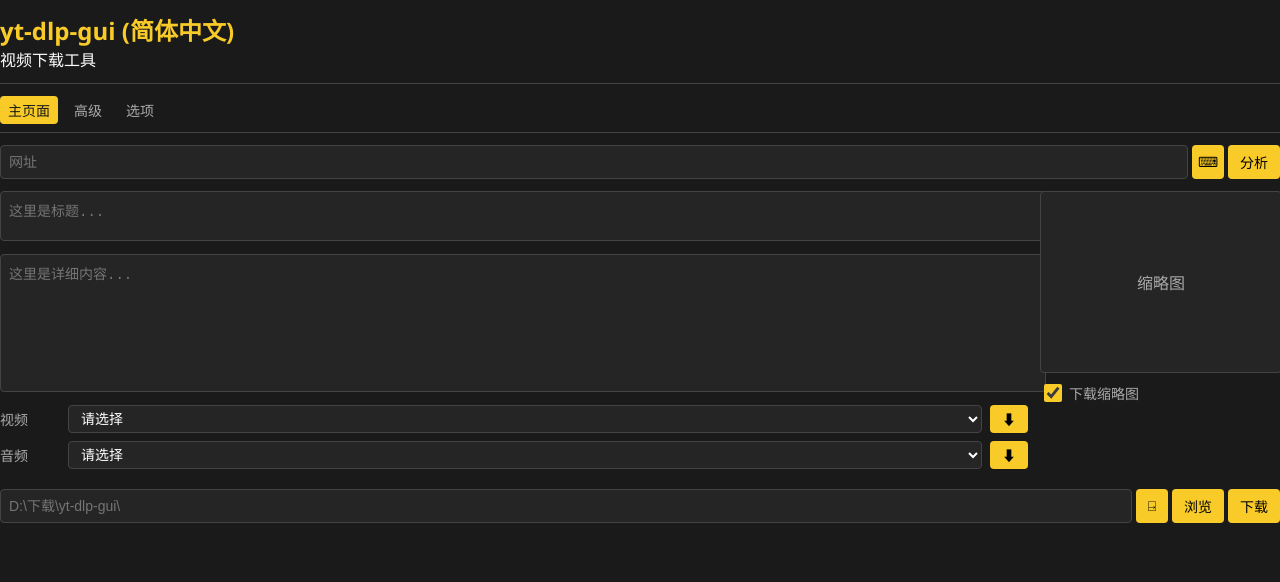
Repository: zArvin6808/yt-TubeSaver
Page: index.html
The author's editor kept a copy of each file at every save. The page is drawn from the files as they stood at one save, then again after the next save.
The browser window is 1280 px wide. The pictures show the whole page.

Above is the page before, as saved 2025-06-07 17:42:47.
Console error: TypeError: Cannot read properties of null (reading 'classList')

### index.html
<!DOCTYPE html>
<html lang="zh-CN">
<head>
  <meta charset="UTF-8" />
  <title>yt-dlp-gui (简体中文)</title>
  <meta name="viewport" content="width=device-width, initial-scale=1.0"/>
  <link rel="stylesheet" href="style.css" />
</head>
<body>

  <!-- 标题栏 -->
  <header class="app-header">
    <h1 class="app-header__title">yt-dlp-gui (简体中文)</h1>
    <span>视频下载工具</span>
  </header>

  <!-- 导航栏 -->
  <nav class="app-nav">
    <a href="#" class="app-nav__item app-nav__item--active" data-page="main">主页面</a>
    <a href="#" class="app-nav__item" data-page="advanced">高级</a>
    <a href="#" class="app-nav__item" data-page="settings">选项</a>
  </nav>

  <!-- 主页面内容 -->
  <main class="app-main">
    <div id="main" class="app-page app-page--active">
    <!-- 网址与按钮 占据整行 -->
    <div class="url-input-group">
      <input type="text" id="urlInput" class="url-input__field" placeholder="网址" />
      <button class="app-btn app-btn--icon" id="pasteButton">⌨</button>
      <button class="app-btn" id="analyzeButton">分析</button>
    </div>

    <!-- 主内容 -->
    <div class="content-area">
      <!-- 左侧面板 -->
      <div class="content-main">
        <textarea class="app-text-input" id="titleInput" placeholder="这里是标题..." readonly></textarea>
        <textarea class="app-text-input app-text-input--content" id="contentTextarea" placeholder="这里是详细内容..."></textarea>

        <!-- 视频行 -->
        <div class="app-selector">
          <label class="app-selector__label">视频</label>
          <select id="video-select" class="app-selector__dropdown">
            <option>请选择</option>
            <option value="video1">视频格式1</option>
            <option value="video2">视频格式2</option>
          </select>
          <button class="app-btn app-btn--download" id="downloadVideoButton">⬇</button>
        </div>

        <!-- 音频行 -->
        <div class="app-selector">
          <label class="app-selector__label">音频</label>
          <select id="audio-select" class="app-selector__dropdown">
            <option>请选择</option>
            <option value="audio1">音频格式1</option>
            <option value="audio2">音频格式2</option>
          </select>
          <button class="app-btn app-btn--download" id="downloadAudioButton">⬇</button>
        </div>
      </div>

      <!-- 右侧面板 -->
      <div class="content-sidebar">
        <div class="app-thumbnail" id="thumbnailPreview">缩略图</div>
        <div class="app-checkbox">
          <input type="checkbox" id="download-thumb" class="app-checkbox__input" checked />
          <label for="download-thumb" class="app-checkbox__label">下载缩略图</label>
        </div>
      </div>
    </div>

    <!-- 路径栏 -->
    <div class="app-path-bar">
      <input type="text" id="pathInput" class="url-input__field" placeholder="D:\下载\yt-dlp-gui\" />
      <button class="app-btn app-btn--icon" id="refreshPathButton">⍈</button>
      <button class="app-btn" id="selectPathButton">浏览</button>
      <button class="app-btn" id="downloadButton">下载</button>
    </div>
  </div>

  <!-- 高级页面 -->
  <div id="advanced" class="page">
    <div class="test-content">
      <h2>高级设置（测试页面）</h2>
      <p>这是高级设置页面的测试内容。该页面将用于配置更详细的下载选项。</p>
      <p>未来这里将包含：</p>
      <ul style="color: #aaa; margin-left: 20px;">
        <li>视频质量设置</li>
        <li>下载速度限制</li>
        <li>字幕选项</li>
        <li>格式选择</li>
      </ul>
    </div>
  </div>

  <!-- 选项页面 -->
  <div id="settings" class="page">
    <div class="test-content">
      <h2>全局设置（测试页面）</h2>
      <p>这是选项设置页面的测试内容。该页面将用于配置软件的全局设置。</p>
      <p>未来这里将包含：</p>
      <ul style="color: #aaa; margin-left: 20px;">
        <li>界面语言设置</li>
        <li>默认下载路径</li>
        <li>代理设置</li>
        <li>主题选择</li>
      </ul>
    </div>
  </div>

  <script src="script.js"></script>
</body>
</html>

### style.css
/* 基础变量 */
:root {
  --primary: #f9cb28;
  --primary-dark: #e6b908;
  --bg-dark: #1a1a1a;
  --bg-light: #252525;
  --text-primary: #fff;
  --text-secondary: #aaa;
  --border: #444;
  --space-1: 4px;
  --space-2: 8px;
  --space-3: 12px;
  --text-sm: 14px;
  --text-md: 16px;
}

/* 基础样式 */
body {
  font-family: 'Segoe UI', system-ui, sans-serif;
  background-color: var(--bg-dark);
  color: var(--text-primary);
  margin: 0;
  padding: 0;
  min-height: 100vh;
}

/* 主容器 */
.container {
  max-width: 1200px;
  margin: 0 auto;
  padding: var(--space-3);
}

/* 应用头部 */
.app-header {
  padding: var(--space-3) 0;
  margin-bottom: var(--space-3);
  border-bottom: 1px solid var(--border);
}

.app-header__title {
  margin: 0;
  color: var(--primary);
  font-size: 24px;
}

/* 导航栏 */
.app-nav {
  display: flex;
  gap: var(--space-2);
  margin-bottom: var(--space-3);
  padding-bottom: var(--space-2);
  border-bottom: 1px solid var(--border);
}

.app-nav__item {
  padding: var(--space-1) var(--space-2);
  color: var(--text-secondary);
  text-decoration: none;
  border-radius: 4px;
  font-size: var(--text-sm);
}

.app-nav__item--active {
  background-color: var(--primary);
  color: var(--bg-dark);
  font-weight: 500;
}

/* 主内容区 */
.content-area {
  display: flex;
  gap: var(--space-3);
  margin-bottom: var(--space-3);
}

.content-main {
  flex: 1;
}

.content-sidebar {
  width: 240px;
}

/* 文本输入 */
.app-text-input {
  width: 100%;
  padding: var(--space-2);
  background-color: var(--bg-light);
  border: 1px solid var(--border);
  border-radius: 4px;
  color: var(--text-primary);
  font-size: var(--text-sm);
  resize: none;
  margin-bottom: var(--space-2);
}

.app-text-input--content {
  min-height: 120px;
}

/* 选择器 */
.app-selector {
  display: flex;
  align-items: center;
  gap: var(--space-2);
  margin-bottom: var(--space-2);
}

.app-selector__label {
  font-size: var(--text-sm);
  color: var(--text-secondary);
  min-width: 60px;
}

.app-selector__dropdown {
  flex: 1;
  padding: var(--space-1) var(--space-2);
  background-color: var(--bg-light);
  border: 1px solid var(--border);
  border-radius: 4px;
  color: var(--text-primary);
  font-size: var(--text-sm);
}

/* 按钮 */
.app-btn {
  padding: var(--space-1) var(--space-3);
  background-color: var(--primary);
  color: #000;
  border: none;
  border-radius: 4px;
  font-size: var(--text-sm);
  font-weight: 500;
  cursor: pointer;
  transition: background-color 0.2s;
}

.app-btn:hover {
  background-color: var(--primary-dark);
}

.app-btn--icon {
  min-width: 32px;
  padding: var(--space-1);
}

.app-btn--download {
  min-width: 32px;
}

/* 缩略图 */
.app-thumbnail {
  width: 100%;
  height: 180px;
  background-color: var(--bg-light);
  border: 1px solid var(--border);
  border-radius: 4px;
  display: flex;
  align-items: center;
  justify-content: center;
  color: var(--text-secondary);
  margin-bottom: var(--space-2);
}

/* 复选框 */
.app-checkbox {
  display: flex;
  align-items: center;
  gap: var(--space-1);
}

.app-checkbox__input {
  width: 18px;
  height: 18px;
  accent-color: var(--primary);
}

.app-checkbox__label {
  font-size: var(--text-sm);
  color: var(--text-secondary);
}

/* 路径栏 */
.app-path-bar {
  display: flex;
  gap: var(--space-1);
  margin-top: var(--space-3);
}

.url-input-group {
  display: flex;
  gap: var(--space-1);
  margin-bottom: var(--space-3);
}

.url-input__field {
  flex: 1;
  padding: var(--space-2);
  background-color: var(--bg-light);
  border: 1px solid var(--border);
  border-radius: 4px;
  color: var(--text-primary);
  font-size: var(--text-sm);
}

/* 页面容器 */
.app-main {
  position: relative;
  min-height: 500px;
  overflow: hidden;
}

/* 页面切换样式 */
.page {
  position: absolute;
  top: 0;
  left: 0;
  width: 100%;
  height: 100%;
  opacity: 0;
  transform: translateX(20px);
  transition: all 0.3s ease;
  pointer-events: none;
  padding: var(--space-3);
  box-sizing: border-box;
}

.page.app-page--active {
  position: relative;
  opacity: 1;
  transform: translateX(0);
  pointer-events: all;
}

/* 高级和选项页面专用样式 */
.page#advanced,
.page#settings {
  background-color: var(--bg-dark);
}

.page#advanced .test-content,
.page#settings .test-content {
  max-width: 800px;
  margin: 0 auto;
  padding: var(--space-3);
  background-color: var(--bg-light);
  border-radius: 4px;
  border: 1px solid var(--border);
}

.page#advanced .test-content ul,
.page#settings .test-content ul {
  list-style-type: disc;
  color: var(--text-secondary);
  margin-left: var(--space-3);
  padding-left: 0;
}

.page#advanced .test-content li,
.page#settings .test-content li {
  margin-bottom: var(--space-2);
  line-height: 1.5;
}

/* 测试内容区域 */
.test-content {
  padding: var(--space-3);
  background-color: var(--bg-light);
  border-radius: 4px;
  margin-top: var(--space-3);
  border: 1px solid var(--border);
}

.test-content h2 {
  color: var(--primary);
  margin-top: 0;
  font-size: 1.2rem;
  border-bottom: 1px solid var(--border);
  padding-bottom: var(--space-2);
}

.test-content p {
  color: var(--text-secondary);
  line-height: 1.5;
  margin-bottom: var(--space-2);
}

.test-content ul {
  padding-left: var(--space-3);
  margin-bottom: var(--space-2);
  list-style-type: disc;
}

.test-content li {
  margin-bottom: var(--space-1);
  color: var(--text-secondary);
  line-height: 1.5;
}

/* 表单组样式 */
.form-group {
  margin-bottom: var(--space-3);
}

.form-group label {
  display: block;
  margin-bottom: var(--space-1);
  color: var(--text-primary);
  font-size: var(--text-sm);
}

.form-group input[type="text"],
.form-group input[type="number"],
.form-group select,
.form-group textarea {
  width: 100%;
  padding: var(--space-2);
  background-color: var(--bg-dark);
  border: 1px solid var(--border);
  border-radius: 4px;
  color: var(--text-primary);
  font-size: var(--text-sm);
  transition: border-color 0.2s;
}

.form-group input:focus,
.form-group select:focus,
.form-group textarea:focus {
  outline: none;
  border-color: var(--primary);
}

/* 高级选项区域 */
.advanced-options {
  padding: var(--space-3);
  background-color: var(--bg-light);
  border-radius: 4px;
  margin-top: var(--space-3);
}

.advanced-options h2 {
  color: var(--primary);
  margin-top: 0;
  font-size: 1.2rem;
}

.option-group {
  margin-bottom: var(--space-3);
}

.option-group label {
  display: block;
  margin-bottom: var(--space-1);
  color: var(--text-secondary);
  font-size: var(--text-sm);
}

.option-group input[type="text"],
.option-group input[type="number"],
.option-group select {
  width: 100%;
  padding: var(--space-1) var(--space-2);
  background-color: var(--bg-dark);
  border: 1px solid var(--border);
  border-radius: 4px;
  color: var(--text-primary);
  font-size: var(--text-sm);
}

/* 响应式设计 */
@media (max-width: 768px) {
  .content-area {
    flex-direction: column;
  }

  .content-sidebar {
    width: 100%;
  }
}

@media (max-width: 480px) {
  .url-input-group {
    flex-wrap: wrap;
  }

  .app-btn, .url-input__field {
    width: 100%;
  }

  .app-selector {
    flex-wrap: wrap;
  }

  .app-selector__dropdown {
    width: 100%;
  }

  .test-content,
  .advanced-options {
    padding: var(--space-2);
  }
}

### script.js
// 页面切换逻辑
function switchPage(pageId) {
    // 移除所有页面的active类
    document.querySelectorAll('.page').forEach(page => {
        page.classList.remove('active');
    });

    // 移除所有导航项的active类
    document.querySelectorAll('.navbar a').forEach(nav => {
        nav.classList.remove('active');
    });

    // 激活选中的页面
    document.getElementById(pageId).classList.add('active');

    // 激活对应的导航项
    document.querySelector(`.navbar a[data-page="${pageId}"]`).classList.add('active');
}

// 初始化页面
document.addEventListener('DOMContentLoaded', () => {
    // 为所有导航链接添加点击事件
    document.querySelectorAll('.navbar a').forEach(link => {
        link.addEventListener('click', (e) => {
            e.preventDefault();
            const pageId = link.getAttribute('data-page');
            switchPage(pageId);
        });
    });

    // 默认显示main页面
    switchPage('main');

    // 绑定按钮事件

    // 粘贴按钮点击事件
    document.getElementById('pasteButton').addEventListener('click', async () => {
        try {
            const text = await navigator.clipboard.readText();
            document.getElementById('urlInput').value = text;
            showToast('已粘贴剪贴板内容', 'success');
        } catch (error) {
            console.error('粘贴失败:', error);
            showToast('粘贴失败: ' + error.message, 'error');
        }
    });

    // URL分析按钮点击事件
    document.getElementById('analyzeButton').addEventListener('click', async () => {
        const urlInput = document.getElementById('urlInput');
        const url = urlInput.value.trim();

        if (!url) {
            showToast('请输入有效的YouTube URL', 'error');
            urlInput.focus();
            return;
        }

        if (!isValidYouTubeUrl(url)) {
            showToast('请输入有效的YouTube视频链接', 'error');
            return;
        }

        const button = document.getElementById('analyzeButton');
        const originalText = button.textContent;
        button.disabled = true;
        button.innerHTML = '<span class="spinner"></span>分析中...';

        try {
            // 模拟API请求
            const videoInfo = await analyzeYouTubeUrl(url);

            // 更新UI
            document.getElementById('titleInput').value = videoInfo.title;
            document.getElementById('contentTextarea').value = videoInfo.description;
            document.getElementById('thumbnailPreview').style.backgroundImage = `url(${videoInfo.thumbnail})`;
            document.getElementById('thumbnailPreview').textContent = '';

            // 填充格式选项
            updateFormatOptions(videoInfo.formats);

            showToast('视频信息获取成功', 'success');
        } catch (error) {
            console.error('分析URL失败:', error);
            showToast('分析失败: ' + error.message, 'error');
        } finally {
            button.disabled = false;
            button.textContent = originalText;
        }
    });

    // 下载按钮点击事件
    document.getElementById('downloadButton').addEventListener('click', async () => {
        const path = document.getElementById('pathInput').value.trim();
        if (!path) {
            showToast('请选择保存路径', 'error');
            return;
        }

        const button = document.getElementById('downloadButton');
        const originalText = button.textContent;
        button.disabled = true;
        button.innerHTML = '<span class="spinner"></span>下载中...';

        try {
            // 模拟下载过程
            await downloadVideo({
                url: document.getElementById('urlInput').value,
                path: path,
                downloadThumbnail: document.getElementById('download-thumb').checked
            });

            showToast('下载完成', 'success');
        } catch (error) {
            console.error('下载失败:', error);
            showToast('下载失败: ' + error.message, 'error');
        } finally {
            button.disabled = false;
            button.textContent = originalText;
        }
    });

    // 选择保存路径按钮点击事件
    document.getElementById('selectPathButton').addEventListener('click', async () => {
        try {
            // 使用Electron的dialog API选择路径
            const path = await window.electron.showOpenDialog({
                properties: ['openDirectory']
            });

            if (path && path.length > 0) {
                document.getElementById('pathInput').value = path[0];
                showToast('路径设置成功', 'success');
            }
        } catch (error) {
            console.error('选择路径失败:', error);
            showToast('选择路径失败', 'error');
        }
    });

    // 刷新路径按钮点击事件
    document.getElementById('refreshPathButton').addEventListener('click', () => {
        document.getElementById('pathInput').value = 'D:\\下载\\yt-dlp-gui\\';
        showToast('已重置默认路径', 'info');
    });

    // 视频下载按钮点击事件
    document.getElementById('downloadVideoButton').addEventListener('click', () => {
        const select = document.getElementById('video-select');
        if (select.value === '请选择') {
            showToast('请选择视频格式', 'error');
            return;
        }
        showToast(`开始下载视频: ${select.value}`, 'info');
    });

    // 音频下载按钮点击事件
    document.getElementById('downloadAudioButton').addEventListener('click', () => {
        const select = document.getElementById('audio-select');
        if (select.value === '请选择') {
            showToast('请选择音频格式', 'error');
            return;
        }
        showToast(`开始下载音频: ${select.value}`, 'info');
    });

    // 辅助函数
    function isValidYouTubeUrl(url) {
        const pattern = /^(https?:\/\/)?(www\.)?(youtube\.com|youtu\.?be)\/.+/;
        return pattern.test(url);
    }

    function showToast(message, type = 'info') {
      // 确保容器存在
      let container = document.querySelector('.toast-container');
      if (!container) {
        container = document.createElement('div');
        container.className = 'toast-container';
        document.body.appendChild(container);
      }

      const icons = {
        success: '✓',
        error: '✕',
        warning: '⚠',
        info: 'ℹ'
      };

      const toast = document.createElement('div');
      toast.className = `toast toast-${type}`;

      // 添加图标
      const icon = document.createElement('span');
      icon.className = 'toast-icon';
      icon.textContent = icons[type] || icons.info;
      toast.appendChild(icon);

      // 添加消息
      const messageEl = document.createElement('span');
      messageEl.textContent = message;
      toast.appendChild(messageEl);

      // 添加关闭按钮
      const closeBtn = document.createElement('span');
      closeBtn.className = 'toast-close';
      closeBtn.innerHTML = '&times;';
      closeBtn.addEventListener('click', () => {
        toast.classList.add('hide');
        setTimeout(() => toast.remove(), 300);
      });
      toast.appendChild(closeBtn);

      container.appendChild(toast);

      // 显示toast
      setTimeout(() => toast.classList.add('show'), 10);

      // 自动隐藏
      const timeout = setTimeout(() => {
        toast.classList.add('hide');
        setTimeout(() => toast.remove(), 300);
      }, 3000);

      // 鼠标悬停时暂停自动隐藏
      toast.addEventListener('mouseenter', () => {
        clearTimeout(timeout);
        toast.style.setProperty('--progress', 'paused');
      });

      toast.addEventListener('mouseleave', () => {
        const newTimeout = setTimeout(() => {
          toast.classList.add('hide');
          setTimeout(() => toast.remove(), 300);
        }, 3000);
        toast.dataset.timeout = newTimeout;
      });
    }

    // 模拟API函数
    async function analyzeYouTubeUrl(url) {
        return new Promise((resolve) => {
            setTimeout(() => {
                resolve({
                    title: '示例视频标题',
                    description: '这是视频的详细描述信息...',
                    thumbnail: 'https://i.ytimg.com/vi/dQw4w9WgXcQ/maxresdefault.jpg',
                    formats: {
                        video: ['1080p', '720p', '480p'],
                        audio: ['mp3', 'aac', 'opus']
                    }
                });
            }, 1500);
        });
    }

    function updateFormatOptions(formats) {
        const videoSelect = document.getElementById('video-select');
        const audioSelect = document.getElementById('audio-select');

        // 清空现有选项
        videoSelect.innerHTML = '<option>请选择</option>';
        audioSelect.innerHTML = '<option>请选择</option>';

        // 添加视频格式
        formats.video.forEach(format => {
            const option = document.createElement('option');
            option.value = format;
            option.textContent = format;
            videoSelect.appendChild(option);
        });

        // 添加音频格式
        formats.audio.forEach(format => {
            const option = document.createElement('option');
            option.value = format;
            option.textContent = format;
            audioSelect.appendChild(option);
        });
    }

    async function downloadVideo(options) {
        return new Promise((resolve) => {
            setTimeout(() => {
                console.log('下载完成:', options);
                resolve();
            }, 3000);
        });
    }

    // 页面切换
    document.querySelectorAll('.nav-link').forEach(link => {
        link.addEventListener('click', (e) => {
            e.preventDefault();
            const page = link.dataset.page;

            // 更新导航栏状态
            document.querySelectorAll('.nav-link').forEach(navLink => {
                navLink.classList.remove('active');
            });
            link.classList.add('active');

            // 切换页面
            document.querySelectorAll('.page').forEach(pageElement => {
                pageElement.classList.remove('active');
            });
            document.getElementById(page).classList.add('active');
        });
    });

    // 粘贴按钮点击事件
    document.getElementById('pasteButton')?.addEventListener('click', async () => {
        try {
            const button = document.getElementById('pasteButton');
            const originalText = button.textContent;
            button.disabled = true;
            button.innerHTML = '<span class="spinner"></span>粘贴中...';

            const text = await navigator.clipboard.readText();
            document.getElementById('urlInput').value = text;
            showToast('已粘贴剪贴板内容', 'success');
        } catch (error) {
            console.error('粘贴失败:', error);
            showToast('粘贴失败: ' + error.message, 'error');
        } finally {
            const button = document.getElementById('pasteButton');
            button.disabled = false;
            button.textContent = '粘贴';
        }
    });

    // 视频下载按钮点击事件
    document.getElementById('downloadVideoButton')?.addEventListener('click', async () => {
        const select = document.getElementById('video-select');
        if (select.value === '请选择') {
            showToast('请选择视频格式', 'error');
            return;
        }

        const button = document.getElementById('downloadVideoButton');
        const originalText = button.textContent;
        button.disabled = true;
        button.innerHTML = '<span class="spinner"></span>下载中...';

        try {
            // 模拟下载过程
            await downloadVideo({
                url: document.getElementById('urlInput').value,
                format: select.value,
                type: 'video'
            });

            showToast(`视频下载完成: ${select.value}`, 'success');
        } catch (error) {
            console.error('视频下载失败:', error);
            showToast('视频下载失败: ' + error.message, 'error');
        } finally {
            button.disabled = false;
            button.textContent = originalText;
        }
    });

    // 音频下载按钮点击事件
    document.getElementById('downloadAudioButton')?.addEventListener('click', async () => {
        const select = document.getElementById('audio-select');
        if (select.value === '请选择') {
            showToast('请选择音频格式', 'error');
            return;
        }

        const button = document.getElementById('downloadAudioButton');
        const originalText = button.textContent;
        button.disabled = true;
        button.innerHTML = '<span class="spinner"></span>下载中...';

        try {
            // 模拟下载过程
            await downloadVideo({
                url: document.getElementById('urlInput').value,
                format: select.value,
                type: 'audio'
            });

            showToast(`音频下载完成: ${select.value}`, 'success');
        } catch (error) {
            console.error('音频下载失败:', error);
            showToast('音频下载失败: ' + error.message, 'error');
        } finally {
            button.disabled = false;
            button.textContent = originalText;
        }
    });

    // 刷新路径按钮点击事件
    document.getElementById('refreshPathButton')?.addEventListener('click', () => {
        document.getElementById('pathInput').value = 'D:\\下载\\yt-dlp-gui\\';
        showToast('已重置默认路径', 'info');
    });
});

After the next save:
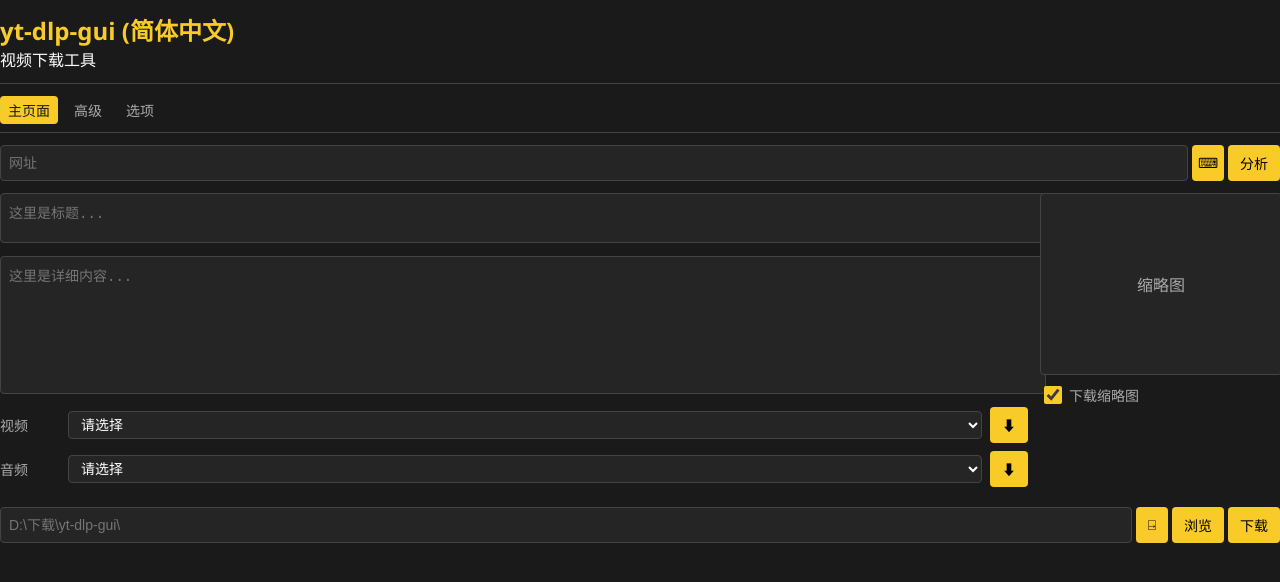
Saved 34 s later.
--- a/style.css
+++ b/style.css
@@ -125,7 +125,7 @@
 
 /* 按钮 */
 .app-btn {
-  padding: var(--space-1) var(--space-3);
+  padding: var(--space-2) var(--space-3);
   background-color: var(--primary);
   color: #000;
   border: none;
@@ -133,11 +133,49 @@
   font-size: var(--text-sm);
   font-weight: 500;
   cursor: pointer;
-  transition: background-color 0.2s;
+  transition: all 0.2s ease;
+  display: inline-flex;
+  align-items: center;
+  justify-content: center;
+  gap: var(--space-1);
 }
 
 .app-btn:hover {
   background-color: var(--primary-dark);
+  transform: translateY(-1px);
+  box-shadow: 0 2px 4px rgba(0,0,0,0.2);
+}
+
+.app-btn:active {
+  transform: translateY(0);
+  box-shadow: none;
+}
+
+.app-btn--icon {
+  min-width: 36px;
+  min-height: 36px;
+}
+
+/* 输入框交互 */
+.url-input__field:focus,
+.app-text-input:focus,
+.app-selector__dropdown:focus {
+  outline: none;
+  border-color: var(--primary);
+  box-shadow: 0 0 0 2px rgba(249, 203, 40, 0.2);
+}
+
+/* 导航栏交互 */
+.app-nav__item {
+  transition: all 0.2s ease;
+}
+
+.app-nav__item:hover {
+  background-color: rgba(249, 203, 40, 0.1);
+}
+
+.app-nav__item--active:hover {
+  background-color: var(--primary);
 }
 
 .app-btn--icon {
